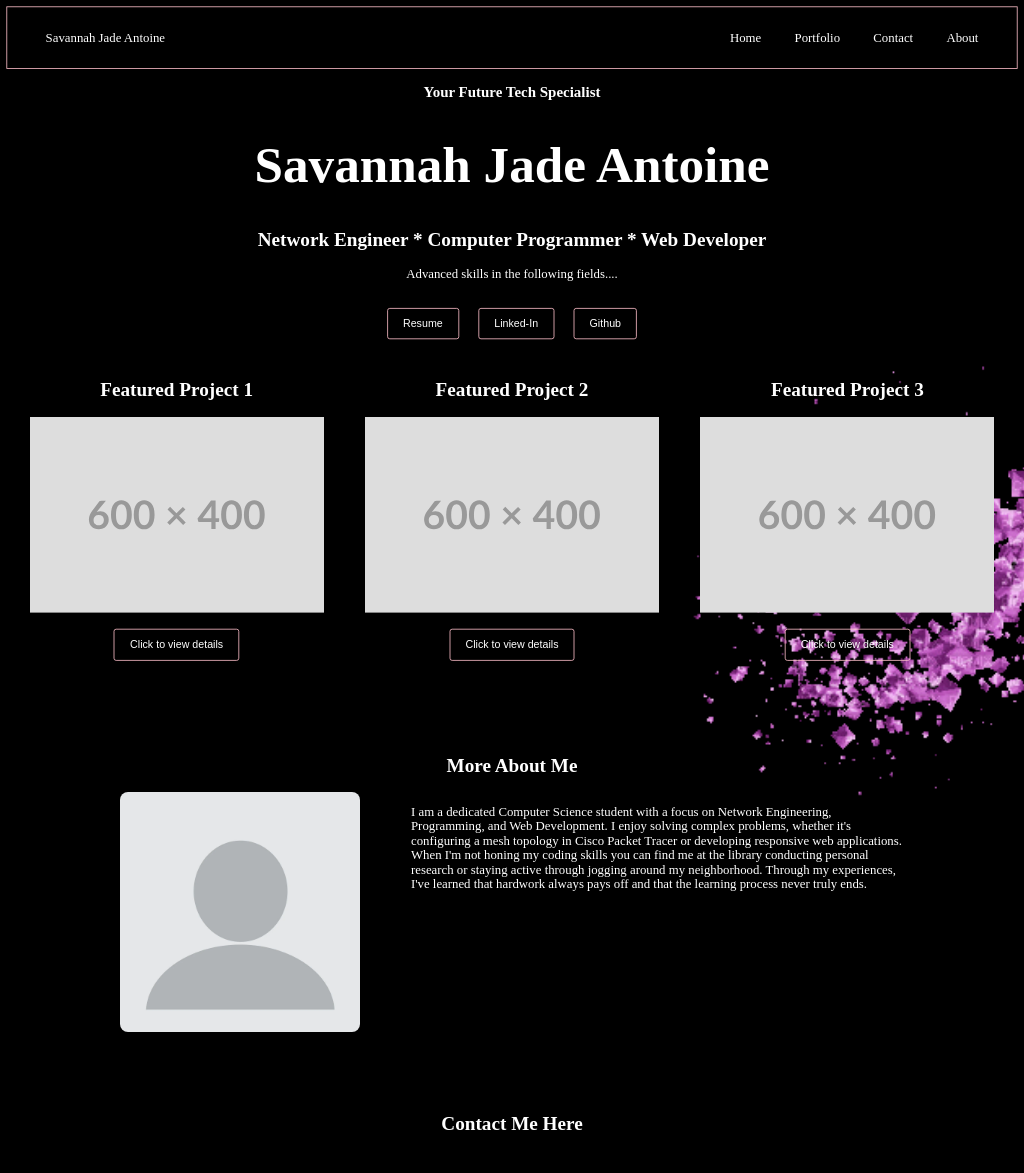
Repository: Savannah-Antoine/Savannah-Antoine
Page: index.html
The author's editor kept a copy of each file at every save. The page is drawn from the files as they stood at one save, then again after the next save.
The browser window is 1280 px wide. The pictures show the whole page, at 80% of full size.

Above is the page before, as saved 2026-05-15 14:24:33.

### index.html
<!DOCTYPE html>
<html lang="en">
<head>
    <meta charset="UTF-8">
    <meta name="viewport" content="width=device-width, initial-scale=1.0">
    <link rel = "stylesheet" href = "./styles/index.css" />
    <link rel = "stylesheet" href = "./styles/globals.css" />
    <title>Savannah Jade Antoine Portfolio</title>
</head>
<body>
<header>
    <nav>
        <ul class = "homeButton">
           <li><a href = "index.html">Savannah Jade Antoine</a></li>
        </ul>
        <ul class = "navigation">
  <li><a href="index.html">Home</a></li>
  <li><a href="#PortfolioSection">Portfolio</a></li>
  <li><a href="#ContactMe">Contact</a></li>
  <li><a href="#AboutMe">About</a></li>
</ul>

</nav>
<h3>Your Future Tech Specialist</h3>
<h1> Savannah Jade Antoine</h1>
<h2>Network Engineer * Computer Programmer * Web Developer</h2>
<p> Advanced skills in the following fields....</p>
<div class = "infoButtons">
<a href = "Savannah Jade Resume (1).pdf"><button>Resume</button></a>
<a href = "www.linkedin.com/in/savannah-antoine-ab0756390"><button>Linked-In</button></a>
<button>Github</button>
</div>

</header>
<main class = "container">
<section id = "PortfolioSection" class = "project-card">

<h2>Featured Project 1</h2>
<img src = "./assets/images/placeholder1.svg" alt = "First Portfolio placeholder image" />
<p><a href = "./pages/project-name-1.html"><button>Click to view details</button></a>
</section>


<section class = "project-card">
<h2>Featured Project 2</h2>
<img src = "./assets/images/placeholder1.svg" alt = "Second Portfolio placeholder image" />
<p><a href = "./pages/project-name-2.html"><button>Click to view details</button></a>
</section>
<section class = "project-card">
<h2>Featured Project 3</h2>
<img src = "./assets/images/placeholder1.svg" alt = "Third Portfolio placeholder image" />
<p><a href = "./pages/project-name-3.html"><button>Click to view details</button></a>
</section>

<section id = "AboutMe">
<h2>More About Me</h2>
<div  class = "aboutMe"> <img src = "./assets/images/profilepic.png" alt = "profile picture" />

<p>I am a dedicated Computer Science student with a focus on Network Engineering, Programming, and Web Development.
I enjoy solving complex problems, whether it's configuring a mesh topology in Cisco Packet Tracer or developing responsive web applications.
When I'm not honing my coding skills you can find me at the library conducting personal research or staying active through jogging around my neighborhood.
Through my experiences, I've learned that hardwork always pays off and that the learning process never truly ends.
</P>
</div>
</section>

<section id = "ContactMe">
<h2>Contact Me Here</h2>

</section>



</main>

</body>
</html>

### styles/index.css
.container{
  display: flex;
    flex-direction: column;
    align-items: center;
    gap: 2rem;
    padding: 1.2rem;

}
#AboutMe{
  text-align: center;
  justify-content: center;


}
.aboutMe{
    display: flex;
    flex-direction: column;      /* Side-by-side */
    align-items: center;
    text-align: left;       /* Vertically centers image and text */
    gap: 2rem;
}


.navigation {
    display: grid;
    grid-template-columns: repeat(2, 1fr);
    gap: 0.6rem;
    text-align: right;
}


body h1{
    font-size: 2.5rem;

}

img{
    width: 100%;
    max-width: 400px;
    height: auto;
}

@media screen and (min-width: 768px)
{




    #AboutMe img {
        width: 300px;
        border-radius: 10px;
    }
   body h1 {
        font-size: 4rem;
    }
    .container {
        flex-direction: row;
        flex-wrap: wrap;
        align-items: flex-start;
        justify-content: space-around;
    }
    .project-card {
        width: 30%;
        min-width: 250px;
        text-align: center;
    }


    .navigation{
        display:flex;
    }

}


@media screen and (min-width: 1000px)
{
    .container {
        margin: 0 auto;
    }
    .aboutMe {
        flex-direction: row;
        justify-content: center;
        align-items: flex-start;
        text-align: left;
        gap: 4rem;

    }
    #AboutMe
    {
        padding: 50px 10%;
        text-align: center;
        align-items:center;
        justify-content: center;
      max-width: 1000px;
    }

}

### styles/globals.css
body {
    background-color: black;
  background-image: url(/assets/images/background-pic.gif);
  background-repeat: no-repeat;
  background-size: cover;
  color: white;
  font-size: 1rem;
  text-align: center;
}



.homeButton{
  order: -1;
  list-style-type: none;
  margin: 0;
  padding: 0;
  display: flex;
  justify-content: left;

}


nav {
    display: flex;
    justify-content: space-between;
    align-items: center;
    padding: 1rem 2rem;

    border: 0.1rem solid pink;
    cursor: pointer;


}



nav ul {
    display: flex;
    list-style: none;
    gap: 1rem;
    margin: 0;
    padding: 0;
}
button {
    padding: 0.7rem 1.2rem;
    background-color: transparent;
    color: white;
    border: 0.1rem solid pink;
    cursor: pointer;
    transition: all 0.3s ease;
    border-radius: 0.2rem;
    gap: 1rem;
}
button:hover {
    background-color: pink;
    color: rgb(31, 1, 31);
    transform: translateY(-3px);
    box-shadow: 0 0.3rem 1rem rgba(255, 255, 255, 0.3);
}

.infoButtons {
    display: flex;
    justify-content: center;
    gap: 1.5rem;
    margin-top: 1.4rem;
    min-width: 100px;
    padding: 0.7rem 0.9rem;
}

li a {
  display: block;
  color: white;
  padding: 0.8rem 1rem;
  text-decoration: none;
}

ul li a:hover {
 background-color: pink;
  color: rgb(31, 1, 31);
  box-shadow: 0 0.5rem 0.9rem rgba(255, 255, 255, 0.3)
}

h1{

  font-size: 4rem;
}

After the next save:
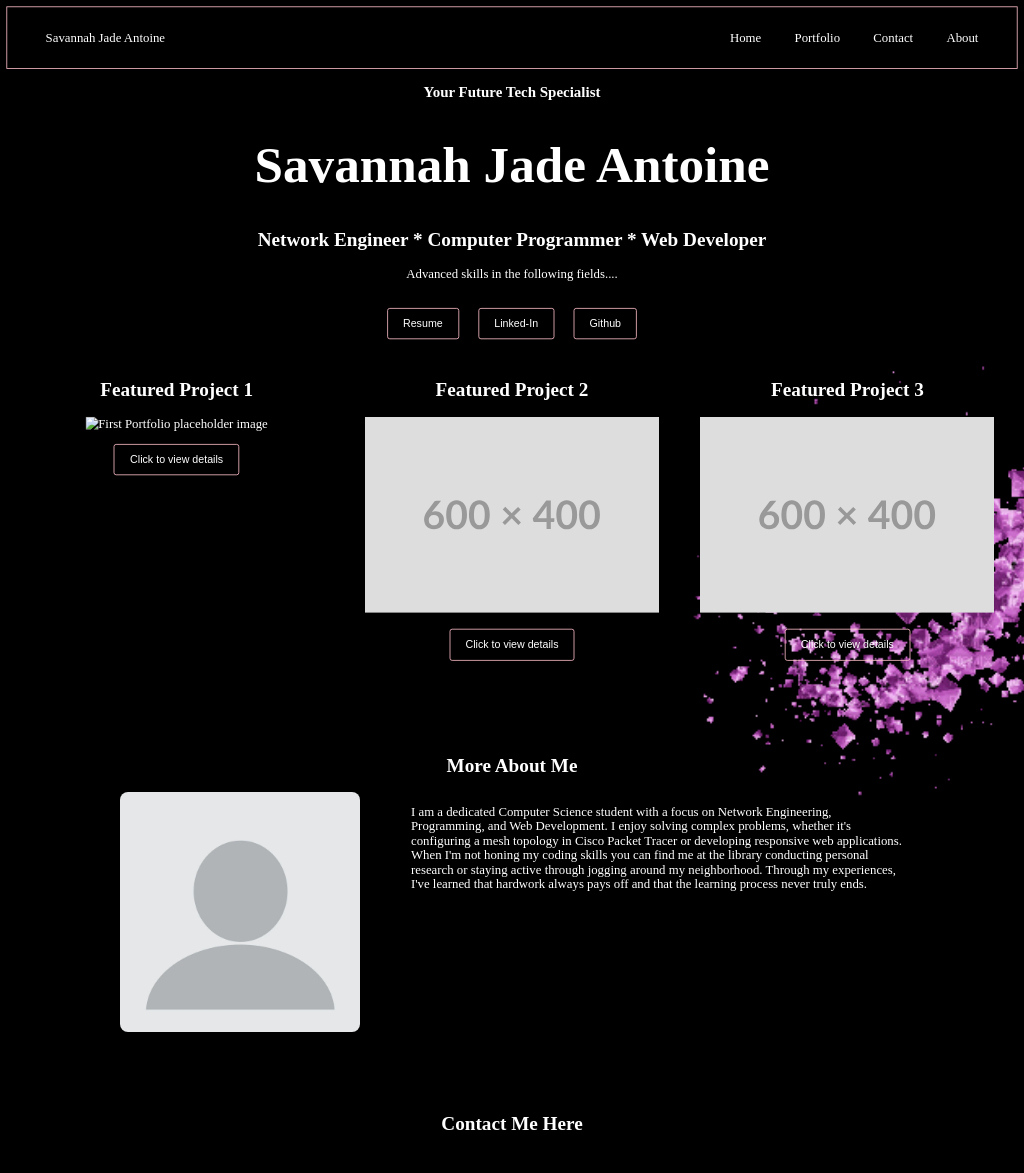
Not found: assets/images/image.png
Saved 2 min 31 s later.
--- a/index.html
+++ b/index.html
@@ -36,7 +36,7 @@
 <section id = "PortfolioSection" class = "project-card">
 
 <h2>Featured Project 1</h2>
-<img src = "./assets/images/placeholder1.svg" alt = "First Portfolio placeholder image" />
+<img src = "./assets/images/image.png" alt = "First Portfolio placeholder image" />
 <p><a href = "./pages/project-name-1.html"><button>Click to view details</button></a>
 </section>
 
